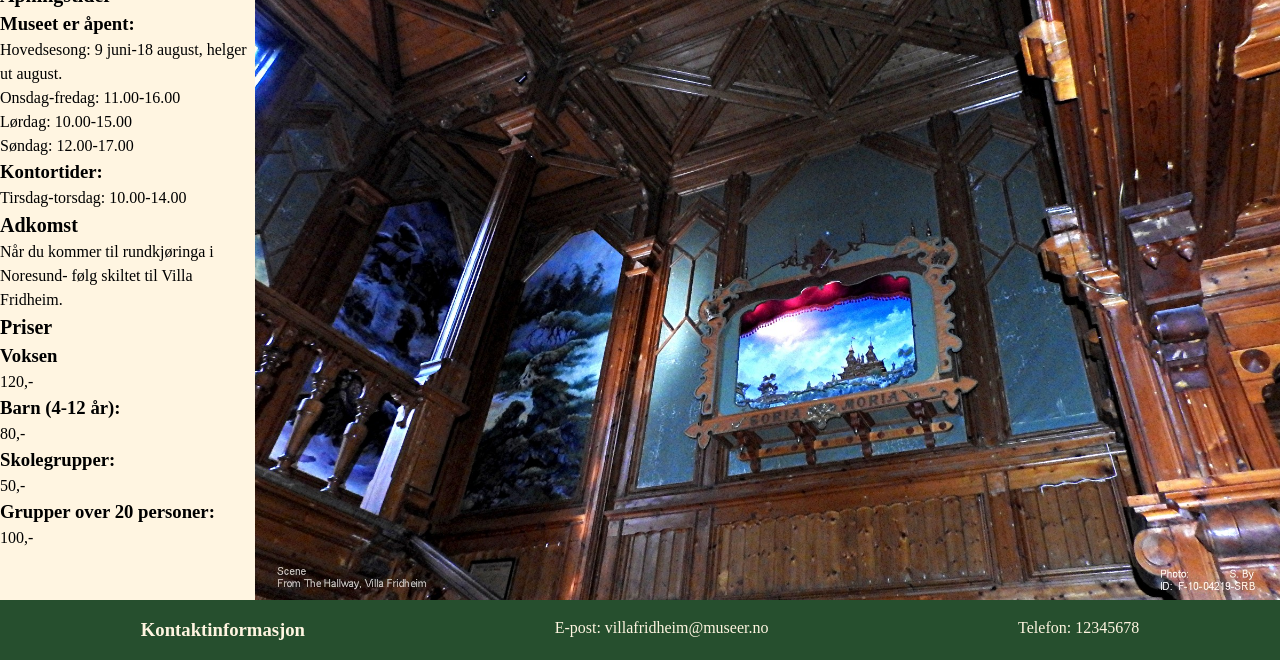
Repository: IdaHolmen/villa-fridheim
Page: src/info.html
These files come from the project's save history. The page is drawn as it stood at one moment and after the next save; the edit follows.
The browser window is 1280 px wide. The pictures show the part of the page from y = 508 to 1168 px (the page is 1168 px tall before and 1047 px after).
A picture or video elsewhere on the page could not be fetched, so the positions and the page height are approximate. Some web fonts or font styles are not loaded; a fallback is used.

Above is the page before, as saved 2024-10-07 10:40:27.

After the next save:
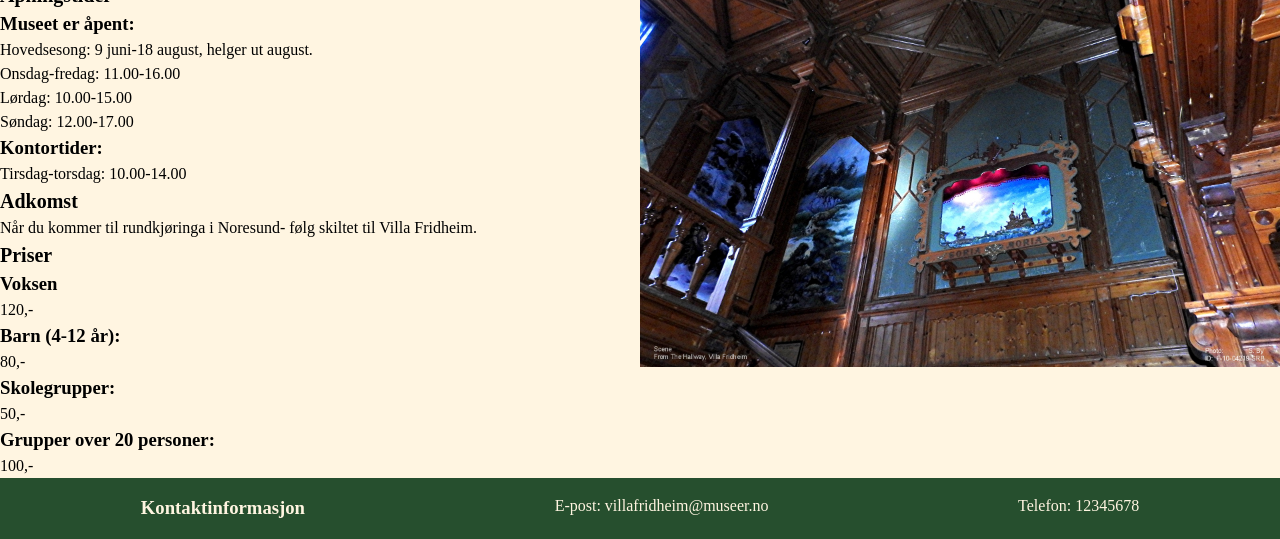
Saved 113 s later.
--- a/css/style.css
+++ b/css/style.css
@@ -94,6 +94,14 @@
     display: flex;
 }
 
+.info-text-container {
+    flex-basis: 50%;
+}
+
+.info-image-container {
+    flex-basis: 50%;
+}
+
 footer {
     background-color: #264f2e;
     color: #fff5e1;
